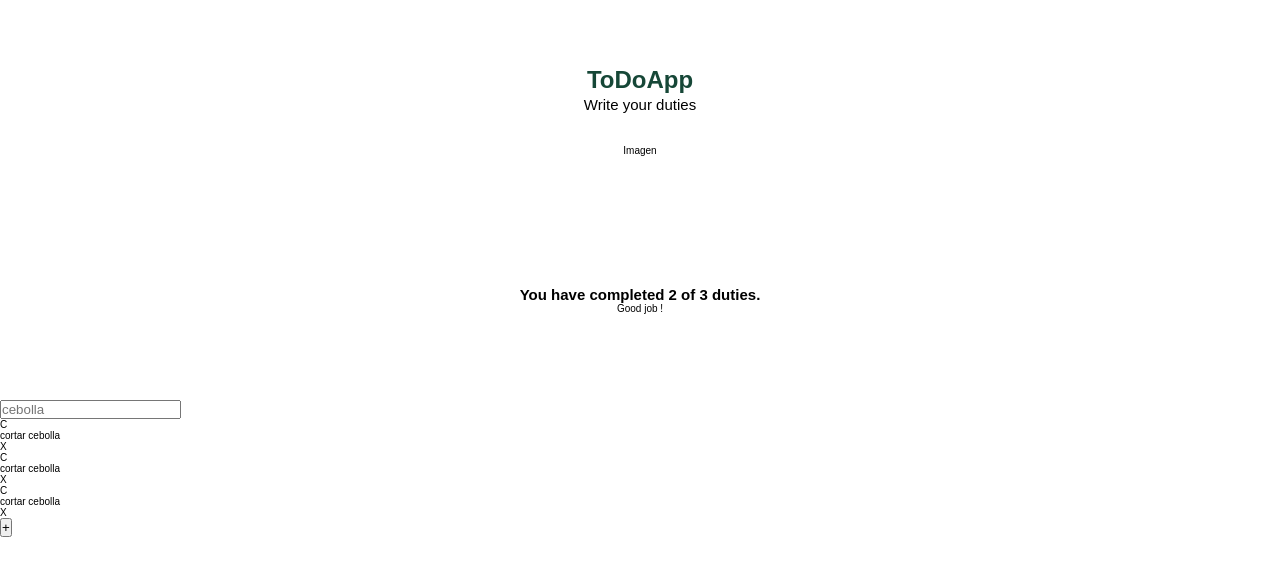
Repository: ChristianGecchelin/to-do-app
Page: /
The author's editor kept a copy of each file at every save. The page is drawn from the files as they stood at one save, then again after the next save.
The browser window is 1280 px wide. The pictures show the whole page.
The project was rebuilt for these pictures with package versions that can differ from the ones it lists, and the page was loaded fresh each time.

Above is the page before, as saved 2022-01-12 10:54:55.

### src/index.js
import React from "react";
import ReactDOM from "react-dom";
import App from "./App";
//import { ChakraProvider } from "@chakra-ui/react";
import "./index.css";

ReactDOM.render(<App />, document.getElementById("root"));

### src/App.js
import { ToDoCounter } from "./ToDoCounter";
import { ToDoSearch } from "./ToDoSearch";
import { ToDoList } from "./ToDoList";
import { CreateToDoButton } from "./CreateToDoButton";
import { ToDoItem } from "./ToDoItem";
import { Header } from "./Header";
// import './App.css';

const todos = [
  { text: "cortar cebolla", completed: false },
  { text: "cortar cebolla", completed: false },
  { text: "cortar cebolla", completed: false },
];

function App() {
  return (
    <>
      <Header />
      <ToDoCounter />
      {<ToDoSearch />}
      <ToDoList>
        {todos.map((todo) => (
          <ToDoItem key={todo.text} text={todo.text} />
        ))}
      </ToDoList>

      <CreateToDoButton />
    </>
  );
}

export default App;

### src/index.css
* {
  box-sizing: border-box;
  margin: 0;
  padding: 0;
}
html {
  font-size: 62.5%;
  font-family: "DM Sans", sans-serif;
}

### src/ToDoCounter.js
import "./styles/ToDoCounter.css";
function ToDoCounter() {
  return (
    <section className="counter-container">
      <h2 className="counter-title">You have completed 2 of 3 duties.</h2>
      <p className="counter-congrats">Good job !</p>
    </section>
  );
}
export { ToDoCounter };
/* Modificar que sea variable la cantidad de tareas completadas, que el good job cambie cuando llevo menos de la mitad de tareas completadas. */

### src/ToDoSearch.js
function ToDoSearch() {
  return <input placeholder="cebolla"></input>;
}
export { ToDoSearch };

### src/ToDoList.js
function ToDoList(props) {
  return (
    <section>
      <ul> {props.children}</ul>
    </section>
  );
}
export { ToDoList };

### src/CreateToDoButton.js
function CreateToDoButton() {
  return <button>+</button>;
}
export { CreateToDoButton };

### src/ToDoItem.js
function ToDoItem(props) {
  return (
    <li>
      <span>C</span>
      <p>{props.text}</p>
      <span>X</span>
    </li>
  );
}
export { ToDoItem };

### src/Header.js
import "./styles/header.css";
function Header() {
  return (
    <header>
      <h1>ToDoApp</h1>
      <h3>Write your duties</h3>
      <span>Imagen</span>
    </header>
  );
}
export { Header };

### src/styles/ToDoCounter.css
.counter-container {
  display: flex;
  flex-direction: column;
  justify-content: center;
  align-items: center;
  width: 90%;
  min-width: 300px;
  height: 200px;
  margin: 0 auto;
}

/* como funciona la especifidad en css en react? */

### src/styles/header.css
header {
  position: relative;
  display: flex;
  flex-direction: column;
  justify-content: center;
  align-items: center;
  width: 100%;
  min-width: 320px;
  height: 150px;
  text-align: center;
  margin-bottom: 50px;
}
header h1 {
  align-items: center;
  font-size: 2.4rem;
  font-weight: 700;
  line-height: 3rem;
  color: rgb(22, 71, 55);
  padding-top: 15px;
  padding-bottom: 5px;
  margin-top: 10px;
}
header h3 {
  align-items: center;
  font-size: 1.5rem;
  font-weight: 500;
  line-height: 1rem;
}
header span {
  position: absolute;
  top: 145px;
}
/*Falta completar con tipografias y colores, imagen span*/

Loaded but not shown: public/index.html (common file)

After the next save:
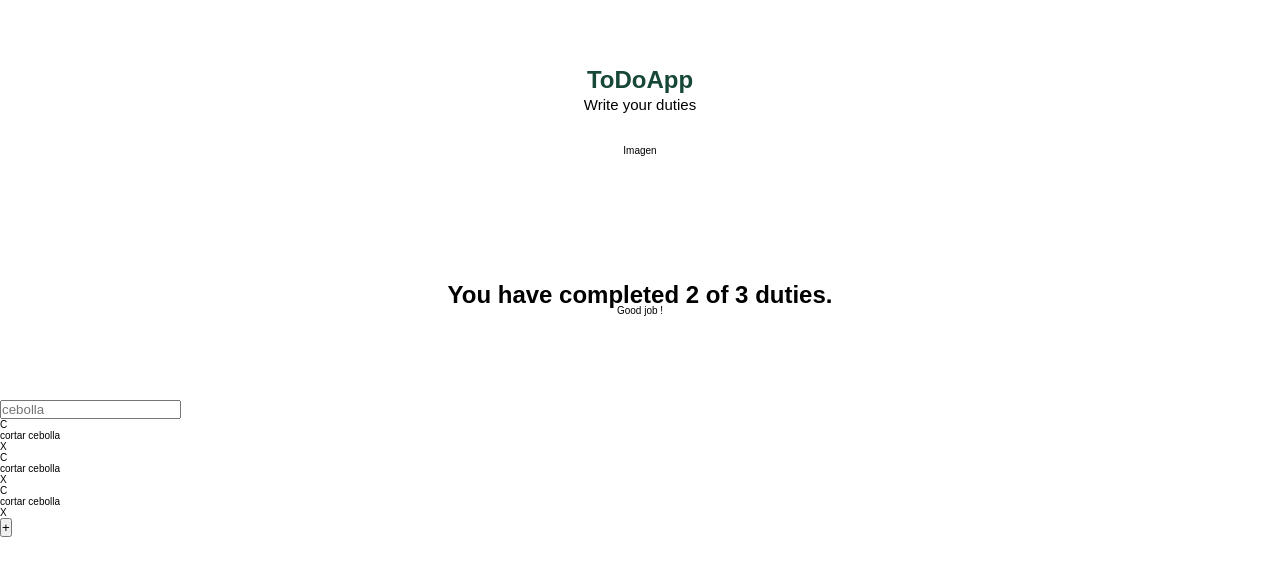
Saved 41 s later.
--- a/src/styles/ToDoCounter.css
+++ b/src/styles/ToDoCounter.css
@@ -8,5 +8,10 @@
   height: 200px;
   margin: 0 auto;
 }
+.counter-title {
+  font-size: 2.4rem;
+  font-weight: 700;
+  line-height: 2rem;
+}
 
 /* como funciona la especifidad en css en react? */
